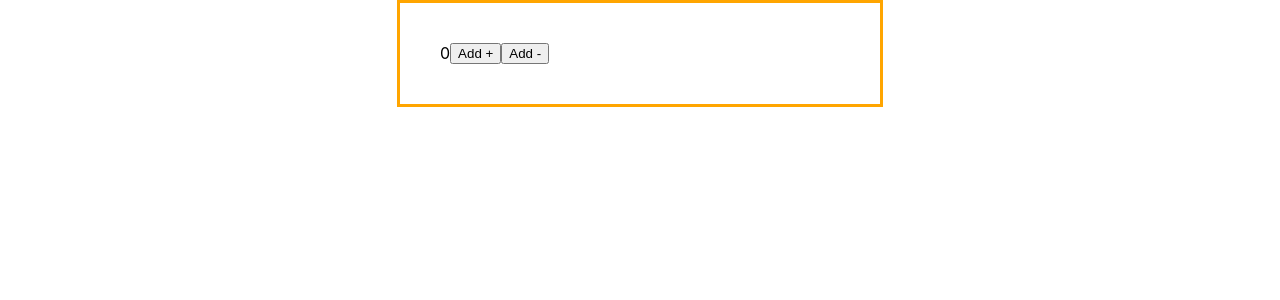
Repository: dnjfht/css-example
Page: /
These files come from the project's save history. The page is drawn as it stood at one moment and after the next save; the edit follows.
The browser window is 1280 px wide. The pictures show the whole page.
The project was rebuilt for these pictures with package versions that can differ from the ones it lists, and the page was loaded fresh each time.

Above is the page before, as saved 2023-05-09 18:43:38.

### src/App.js
import React, { useState } from "react";
import Counter from "./components/Counter";

export default function App() {
  const [count, setCount] = useState(0);
  return (
    <div>
      <Counter count={count} setCount={setCount} />
    </div>
  );
}

### src/components/Counter.jsx
import React from "react";

export default function Counter({ count, setCount }) {
  const handleClickCountUp = () => {
    setCount(count + 1);
  };

  const handleClickCountDown = () => {
    if (count > 0) setCount(count - 1);
  };

  return (
    <div
      style={{
        width: 400,
        padding: 40,
        margin: "0 auto",
        border: "3px solid orange",
        display: "flex",
      }}
    >
      <span>{count}</span>
      <button onClick={handleClickCountUp}>Add +</button>
      <button onClick={handleClickCountDown}>Add -</button>
    </div>
  );
}

Loaded but not shown: public/index.html (common file); src/index.js (common file); src/index.css (common file); src/reportWebVitals.js (common file)

After the next save:
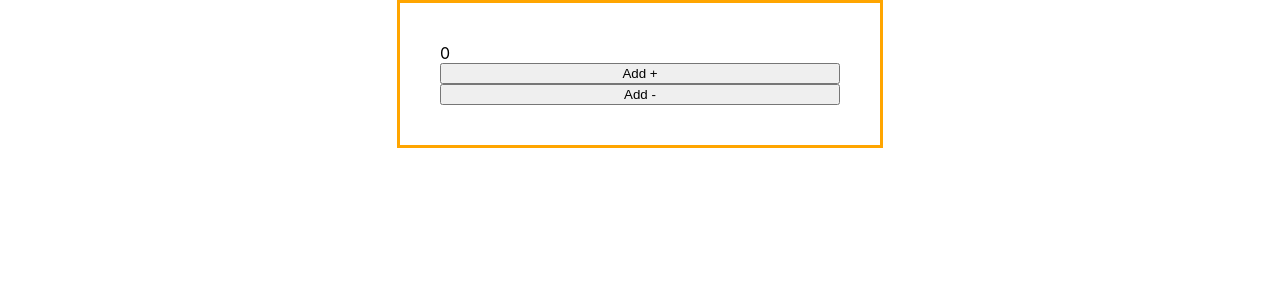
Saved 6 s later.
--- a/src/components/Counter.jsx
+++ b/src/components/Counter.jsx
@@ -17,6 +17,7 @@ export default function Counter({ count, setCount }) {
         margin: "0 auto",
         border: "3px solid orange",
         display: "flex",
+        flexDirection: "column",
       }}
     >
       <span>{count}</span>
